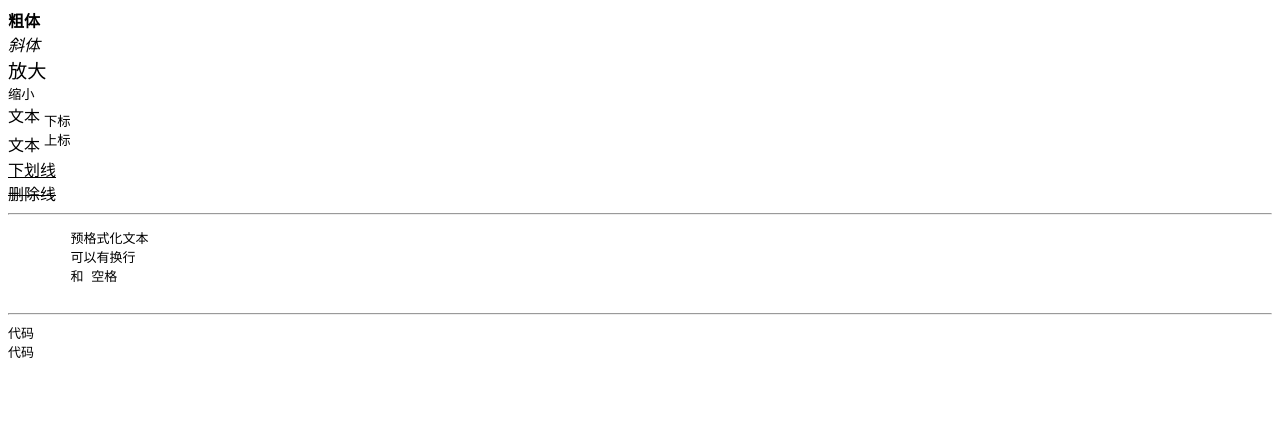
Repository: weizhang05g/learninghtml
Page: 文本格式化.html
The author's editor kept a copy of each file at every save. The page is drawn from the files as they stood at one save, then again after the next save.
The browser window is 1280 px wide. The pictures show the whole page.

Above is the page before, as saved 2019-12-19 09:33:48.

After the next save:
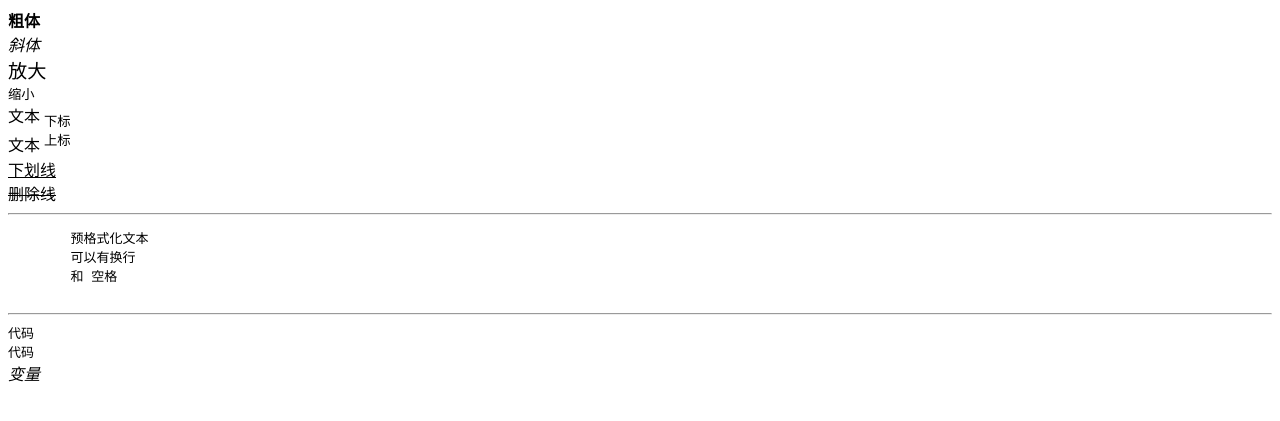
Saved 17 s later.
--- a/文本格式化.html
+++ b/文本格式化.html
@@ -24,5 +24,6 @@
     <hr>
     <code>代码</code> <br>
     <samp>代码</samp> <br>
+    <var>变量</var>
 </body>
 </html>
